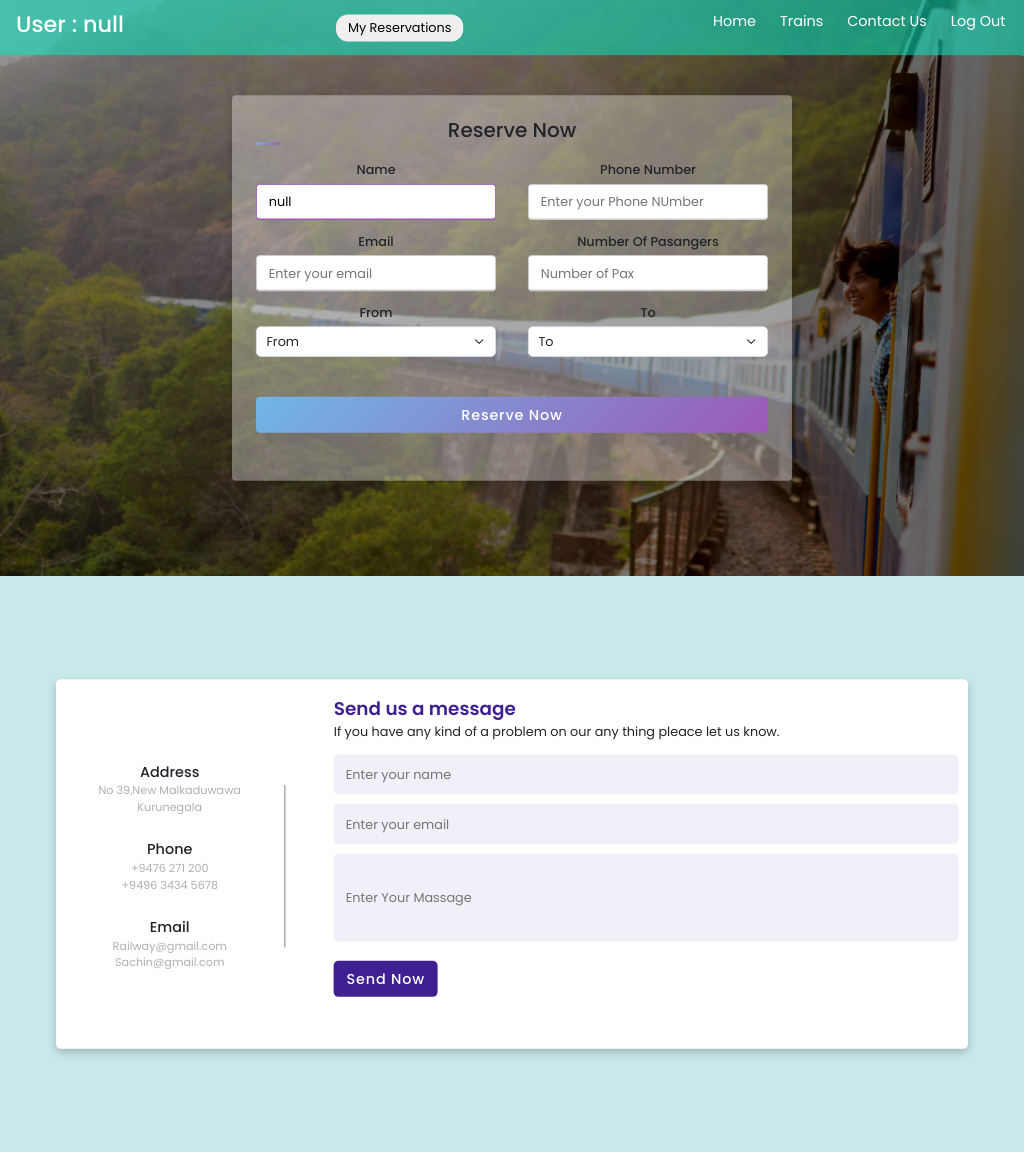
Repository: SachinUthpala/Railway-Reservation
Page: http://localhost/Railway/Reserve/reserve.jsp
The author's editor kept a copy of each file at every save. The page is drawn from the files as they stood at one save, then again after the next save.
The browser window is 1280 px wide. The pictures show the whole page, at 80% of full size.
The page is served by Tomcat 9. Other server files are loaded and not shown.

Above is the page before, as saved 2023-05-21 14:49:43.

### Railway/src/main/webapp/Reserve/reserve.jsp
<%@ page language="java" contentType="text/html; charset=UTF-8"
    pageEncoding="UTF-8"%>
<%

String Username;
Username = (String)session.getAttribute("user_name");
System.out.println("\n Username :"+Username);



%>
<!DOCTYPE html>
<!-- Created By CodingLab - www.codinglabweb.com -->
<html lang="en" dir="ltr">
  <head>
    <meta charset="UTF-8">
    <title>Resive</title>
    <link rel="stylesheet" href="style/style.css">
    <link rel="stylesheet" href="./style/boostrap.min.css">
     <meta name="viewport" content="width=device-width, initial-scale=1.0">
  <!-- Styles of the webpage -->

</head>


<body>

  <div class="nav">
    <h3 style="padding-left:20px ;">User :  <%=Username %></h3>
    <form action="../My_res_sv">
    	<input type="hidden" value="<%=Username %>" name="name">
    	<button type="submit" style="border: none;padding:5px 15px;border-radius: 15px;">My Reservations</button>
    </form>
    <ul>
      <li><a href="#">Home</a></li>
      <li><a href="../Train_res">Trains</a></li>
      <li><a href="#contact">Contact Us</a></li>
      <li><a href="#">Log Out</a></li>
    </ul>
  </div>
<!-- Resavation Form Start -->
<div class="mainContainer">

  <div class="containers">
    <div class="title">Reserve Now</div>
    <div class="content">
      <form action="../insertReserve" method="post">
        <div class="user-details">
          <div class="input-box">
            <span class="details">Name</span>
            <input type="text" placeholder="Enter your name" required name="uname" value="<%=Username%>">
          </div>
          <div class="input-box">
            <span class="details">Phone Number</span>
            <input type="text" placeholder="Enter your Phone NUmber" required name="phone">
          </div>
          <div class="input-box">
            <span class="details">Email</span>
            <input type="text" placeholder="Enter your email" required name="email">
          </div>
          <div class="input-box">
            <span class="details">Number Of Pasangers</span>
            <input type="text" placeholder="Number of Pax" required name="pax">
          </div>
          <div class="input-box">
            <span class="details">From</span>


            <select class="form-select" aria-label="Default select example" name="from">
  			<option selected>From</option>
 		 	<option value="Anuradhapura">Anuradhapura</option>
  			<option value="Kurunegala">Kurunegala</option>
  			<option value="Polgahwela">Polgahwela</option>
  			<option value="Meerigama">Meerigama</option>
  			<option value="Petta">Petta</option>
  			<option value="Nuwara">Nuwara</option>
  			<option value="Ella">Ella</option>
			</select>


          </div>
          <div class="input-box">
            <span class="details">To</span>

            <select class="form-select" aria-label="Default select example" name="to">
  			<option selected>To</option>
			<option value="Anuradhapura">Anuradhapura</option>
  			<option value="Kurunegala">Kurunegala</option>
  			<option value="Polgahwela">Polgahwela</option>
  			<option value="Meerigama">Meerigama</option>
  			<option value="Petta">Petta</option>
  			<option value="Nuwara">Nuwara</option>
  			<option value="Ella">Ella</option>


			</select>


          </div>
        </div>
        <div class="button">
          <input type="submit" value="Reserve Now">
        </div>
      </form>
    </div>
  </div>
</div>
<!-- resavation form end -->



<!--contact us form-->
<div class="mainContact" id="contact">
<div class="container">
  <div class="content">
    <div class="left-side">
      <div class="address details">
        <i class="fas fa-map-marker-alt"></i>
        <div class="topic">Address</div>
        <div class="text-one">No 39,New Malkaduwawa</div>
        <div class="text-two">Kurunegala</div>
      </div>
      <div class="phone details">
        <i class="fas fa-phone-alt"></i>
        <div class="topic">Phone</div>
        <div class="text-one">+9476 271 200</div>
        <div class="text-two">+9496 3434 5678</div>
      </div>
      <div class="email details">
        <i class="fas fa-envelope"></i>
        <div class="topic">Email</div>
        <div class="text-one">Railway@gmail.com</div>
        <div class="text-two">Sachin@gmail.com</div>
      </div>
    </div>
    <div class="right-side">
      <div class="topic-text">Send us a message</div>
      <p>If you have any kind of a problem on our any thing pleace let us know.</p>
    <form action="#">
      <div class="input-box">
        <input type="text" placeholder="Enter your name">
      </div>
      <div class="input-box">
        <input type="text" placeholder="Enter your email">
      </div>
      <div class="input-box message-box">
        <input type="text" name="" id="" placeholder="Enter Your Massage">
      </div>
      <div class="button">
        <input type="button" value="Send Now" >
      </div>
    </form>
  </div>
  </div>
</div>
</div>


</body>
</html>

### Railway/src/main/webapp/Reserve/style/style.css
@import url('https://fonts.googleapis.com/css2?family=Poppins:wght@200;300;400;500;600;700&display=swap');
*{
  margin: 0;
  padding: 0;
  box-sizing: border-box;
  font-family: 'Poppins',sans-serif;
}



/*navigation nav */
.nav{
  display: flex;
  flex-direction: row;
  justify-content: space-between;
  padding: 8px ;
  align-items: center;
  background-color: #06e7c28a;
  z-index: 100000000000000000000000000000000000;
  position: fixed;
  width: 100%;
  color: #fff;
}

.nav ul{
  display: flex;
  flex-direction: row;
  list-style-type: none;
}

.nav ul li{
  padding: 5px;
}

.nav ul li a{
  text-decoration: none;
  font-size: 18px;
  color:#fff;
  padding: 10px;
}


.nav ul li a:hover{
  border-bottom: 2px solid #0498fa;
  color: rgb(255, 255, 255);
  transition: 0.3s;
}

/*end of nav bar */





/*-------contact us form */

.mainContact{
  min-height: 100vh;
  width: 100%;
  background: #c8e8e9;
  display: flex;
  align-items: center;
  justify-content: center;
}


.container{
  width: 85%;
  background: #fff;
  border-radius: 6px;
  padding: 20px 60px 30px 40px;
  box-shadow: 0 5px 10px rgba(0, 0, 0, 0.2);
}
.container .content{
  display: flex;
  align-items: center;
  justify-content: space-between;
}
.container .content .left-side{
  width: 25%;
  height: 100%;
  display: flex;
  flex-direction: column;
  align-items: center;
  justify-content: center;
  margin-top: 15px;
  position: relative;
}
.content .left-side::before{
  content: '';
  position: absolute;
  height: 70%;
  width: 2px;
  right: -15px;
  top: 50%;
  transform: translateY(-50%);
  background: #afafb6;
}
.content .left-side .details{
  margin: 14px;
  text-align: center;
}
.content .left-side .details i{
  font-size: 30px;
  color: #3e2093;
  margin-bottom: 10px;
}
.content .left-side .details .topic{
  font-size: 18px;
  font-weight: 500;
}
.content .left-side .details .text-one,
.content .left-side .details .text-two{
  font-size: 14px;
  color: #afafb6;
}
.container .content .right-side{
  width: 75%;
  margin-left: 75px;
}
.content .right-side .topic-text{
  font-size: 23px;
  font-weight: 600;
  color: #3e2093;
}
.right-side .input-box{
  height: 50px;
  width: 100%;
  margin: 12px 0;
}
.right-side .input-box input,
.right-side .input-box textarea{
  height: 100%;
  width: 100%;
  border: none;
  outline: none;
  font-size: 16px;
  background: #F0F1F8;
  border-radius: 6px;
  padding: 0 15px;
  resize: none;
}
.right-side .message-box{
  min-height: 110px;
}
.right-side .input-box textarea{
  padding-top: 6px;
}
.right-side .button{
  display: inline-block;
  margin-top: 12px;
}
.right-side .button input[type="button"]{
  color: #fff;
  font-size: 18px;
  outline: none;
  border: none;
  padding: 8px 16px;
  border-radius: 6px;
  background: #3e2093;
  cursor: pointer;
  transition: all 0.3s ease;
}
.button input[type="button"]:hover{
  background: #5029bc;
}
@media (max-width: 950px) {
  .container{
    width: 90%;
    padding: 30px 40px 40px 35px ;
  }
  .container .content .right-side{
   width: 75%;
   margin-left: 55px;
}
}
@media (max-width: 820px) {
  .container{
    margin: 40px 0;
    height: 100%;
  }
  .container .content{
    flex-direction: column-reverse;
  }
 .container .content .left-side{
   width: 100%;
   flex-direction: row;
   margin-top: 40px;
   justify-content: center;
   flex-wrap: wrap;
 }
 .container .content .left-side::before{
   display: none;
 }
 .container .content .right-side{
   width: 100%;
   margin-left: 0;
 }
}





/*trains--*/
.trains{
  width: 100%;
  height: 100vh;
  background-color: #71b7e62f;
}

.trains h1{
  padding: 20px 0;
  text-align: center;
}



.mainContainer{
  text-align:center;
  height: 100vh;
  display: flex;
  justify-content: center;
  align-items: center;
  padding: 10px;
  background-image:linear-gradient(to left,#0000009d,#0000006b), url("../imgs/jk-gJhev0YgUcE-unsplash.jpg");
  background-size: cover;
}
.containers{
  max-width: 700px;
  width: 100%;
  background-color: #ffffff57;
  padding: 25px 30px;
  border-radius: 5px;
  box-shadow: 0 5px 10px rgba(0,0,0,0.15);
}
.containers .title{
  font-size: 25px;
  font-weight: 500;
  position: relative;
}
.containers .title::before{
  content: "";
  position: absolute;
  left: 0;
  bottom: 0;
  height: 3px;
  width: 30px;
  border-radius: 5px;
  background: linear-gradient(135deg, #71b7e6, #9b59b6);
}
.content form .user-details{
  display: flex;
  flex-wrap: wrap;
  justify-content: space-between;
  margin: 20px 0 12px 0;
}
form .user-details .input-box{
  margin-bottom: 15px;
  width: calc(100% / 2 - 20px);
}
form .input-box span.details{
  display: block;
  font-weight: 500;
  margin-bottom: 5px;
}
.user-details .input-box input{
  height: 45px;
  width: 100%;
  outline: none;
  font-size: 16px;
  border-radius: 5px;
  padding-left: 15px;
  border: 1px solid #ccc;
  border-bottom-width: 2px;
  transition: all 0.3s ease;
}
.user-details .input-box input:focus,
.user-details .input-box input:valid{
  border-color: #9b59b6;
}
 form .gender-details .gender-title{
  font-size: 20px;
  font-weight: 500;
 }
 form .category{
   display: flex;
   width: 80%;
   margin: 14px 0 ;
   justify-content: space-between;
 }
 form .category label{
   display: flex;
   align-items: center;
   cursor: pointer;
 }
 form .category label .dot{
  height: 18px;
  width: 18px;
  border-radius: 50%;
  margin-right: 10px;
  background: #d9d9d9;
  border: 5px solid transparent;
  transition: all 0.3s ease;
}
 #dot-1:checked ~ .category label .one,
 #dot-2:checked ~ .category label .two,
 #dot-3:checked ~ .category label .three{
   background: #9b59b6;
   border-color: #d9d9d9;
 }
 form input[type="radio"]{
   display: none;
 }
 form .button{
   height: 45px;
   margin: 35px 0
 }
 form .button input{
   height: 100%;
   width: 100%;
   border-radius: 5px;
   border: none;
   color: #fff;
   font-size: 18px;
   font-weight: 500;
   letter-spacing: 1px;
   cursor: pointer;
   transition: all 0.3s ease;
   background: linear-gradient(135deg, #71b7e6, #9b59b6);
 }
 form .button input:hover{
  /* transform: scale(0.99); */
  background: linear-gradient(-135deg, #71b7e6, #9b59b6);
  }
 @media(max-width: 584px){
 .container{
  max-width: 100%;
}
form .user-details .input-box{
    margin-bottom: 15px;
    width: 100%;
  }
  form .category{
    width: 100%;
  }
  .content form .user-details{
    max-height: 300px;
    overflow-y: scroll;
  }
  .user-details::-webkit-scrollbar{
    width: 5px;
  }
  }
  @media(max-width: 459px){
  .container .content .category{
    flex-direction: column;
  }
}

Loaded but not shown: Railway/src/main/webapp/Reserve/style/boostrap.min.css (library)

After the next save:
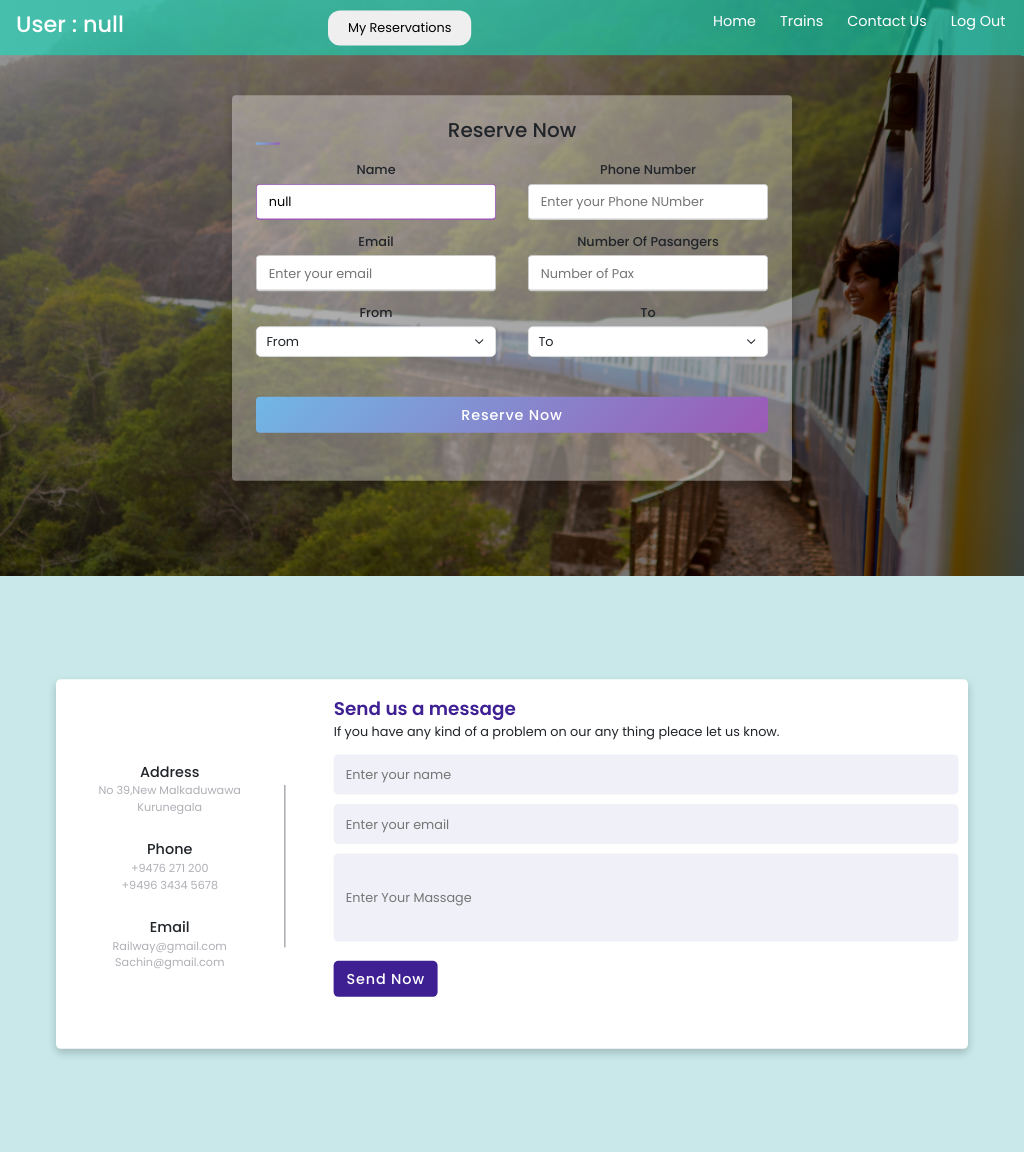
Saved 9 s later.
--- a/Railway/src/main/webapp/Reserve/reserve.jsp
+++ b/Railway/src/main/webapp/Reserve/reserve.jsp
@@ -29,7 +29,7 @@ System.out.println("\n Username :"+Username);
     <h3 style="padding-left:20px ;">User :  <%=Username %></h3>
     <form action="../My_res_sv">
     	<input type="hidden" value="<%=Username %>" name="name">
-    	<button type="submit" style="border: none;padding:5px 15px;border-radius: 15px;">My Reservations</button>
+    	<button type="submit" style="border: none;padding:10px 25px;border-radius: 15px;">My Reservations</button>
     </form>
     <ul>
       <li><a href="#">Home</a></li>
